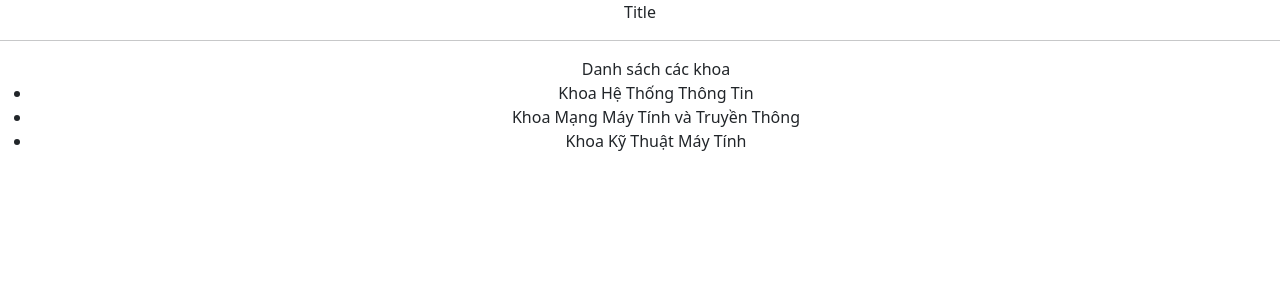
Repository: hoapham2k2/bai_tap_thuc_hanh_is207.n12
Page: index.html
The author's editor kept a copy of each file at every save. The page is drawn from the files as they stood at one save, then again after the next save.
The browser window is 1280 px wide. The pictures show the whole page.

Above is the page before, as saved 2022-09-19 08:46:26.

After the next save:
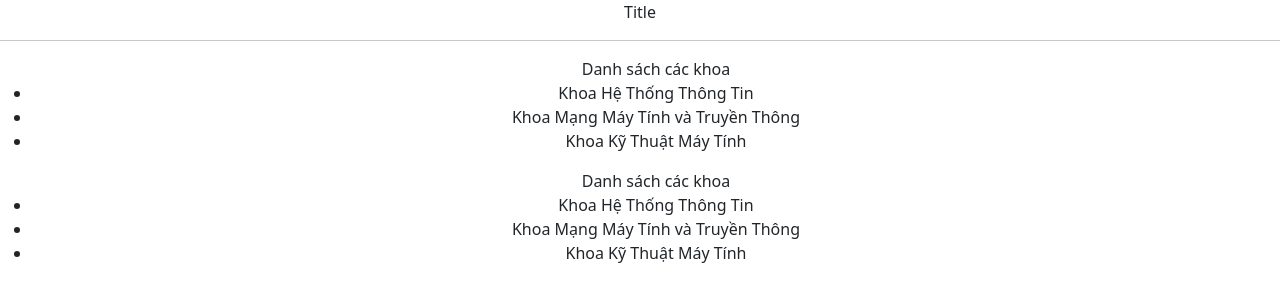
Saved 12 s later.
--- a/index.html
+++ b/index.html
@@ -71,7 +71,11 @@
                 <li class="wrapper_item">Khoa Hệ Thống Thông Tin</li>
                 <li class="wrapper_item">Khoa Mạng Máy Tính và Truyền Thông</li>
                 <li class="wrapper_item">Khoa Kỹ Thuật Máy Tính</li>
-
+            </ul>
+            <ul class="wrapper_list_2st">Danh sách các khoa
+                <li class="wrapper_item">Khoa Hệ Thống Thông Tin</li>
+                <li class="wrapper_item">Khoa Mạng Máy Tính và Truyền Thông</li>
+                <li class="wrapper_item">Khoa Kỹ Thuật Máy Tính</li>
             </ul>
         </div>
 </body>
